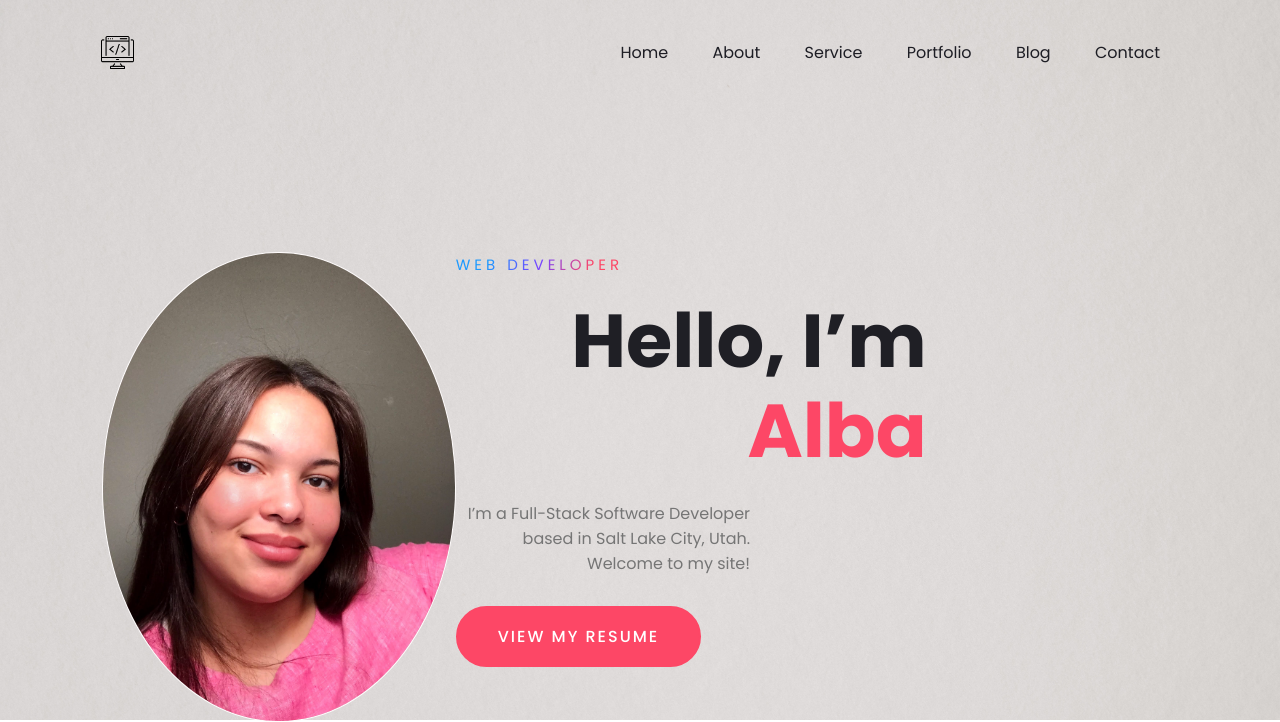
Repository: pilar122/port
Page: index.html
These files come from the project's save history. The page is drawn as it stood at one moment and after the next save; the edit follows.
The browser window is 1280 px wide. The pictures show the whole page.

Above is the page before, as saved 2022-01-29 15:25:09.

After the next save:
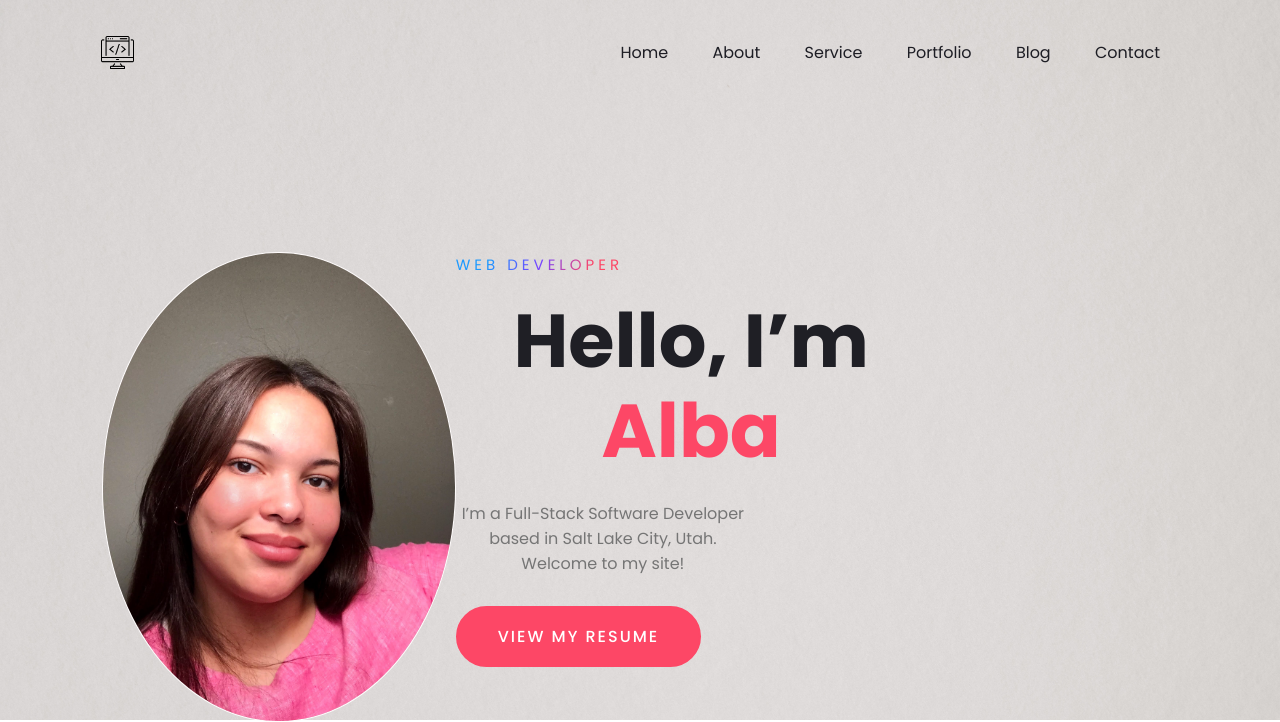
Saved 23 s later.
--- a/style.css
+++ b/style.css
@@ -91,7 +91,7 @@ nav ul li a:hover:after{
     line-height: 90px;
     text-transform: inherit;
     width: 70%;
-    text-align: right;
+    text-align: center;
 }
 .content h1 span{
     color: #fd4766;
@@ -101,7 +101,7 @@ nav ul li a:hover:after{
     color: #757575;
     margin-top: 25px;
     margin-bottom: 30px;
-    text-align: right;
+    text-align: center;
 }
 
 .content .img{
